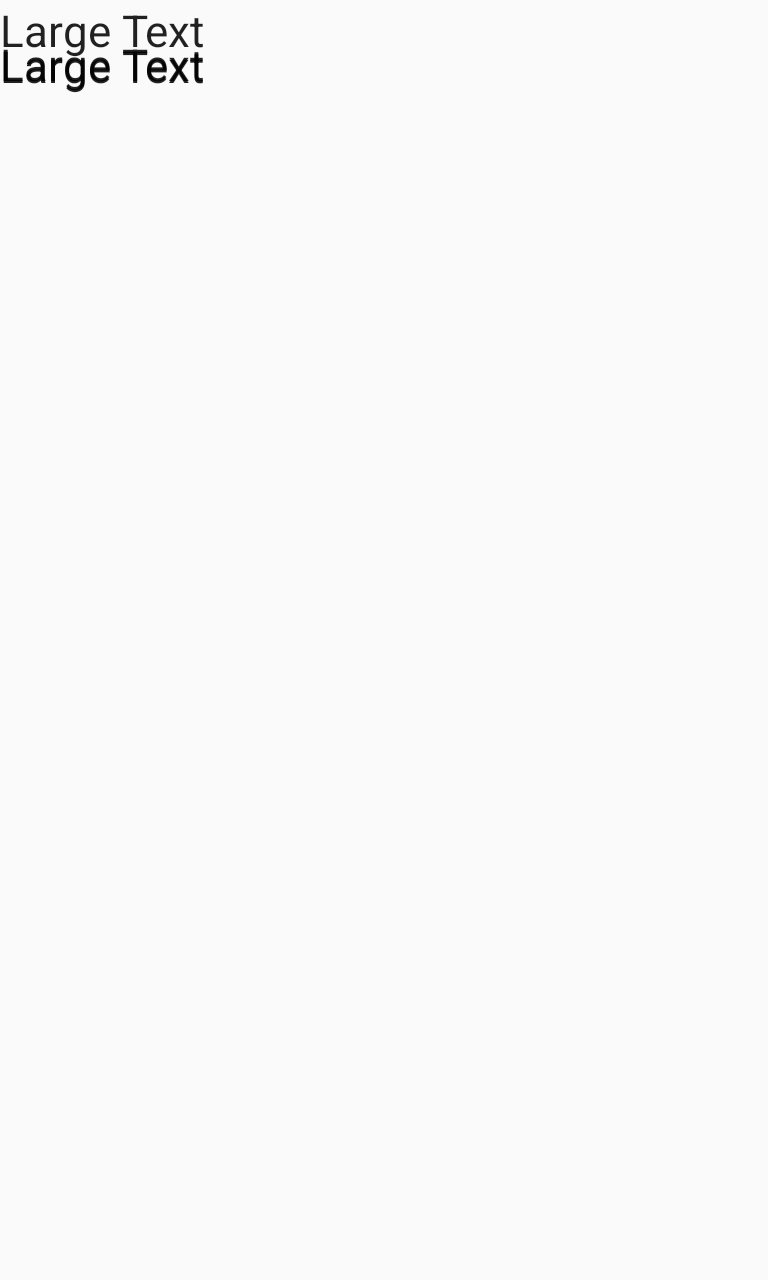
Repository: isitso/android_class
Layout: GPSDemo/res/layout/activity_main.xml
An editor plug-in stored every save of this project. The layout is shown before and after the next save, followed by the edit.
It is drawn on a 768 x 1280 px phone screen (xhdpi) without system bars, with theme AppTheme; the app's code is not run.

Above is the layout before, as saved 2014-04-29 17:52:16.

After the next save:
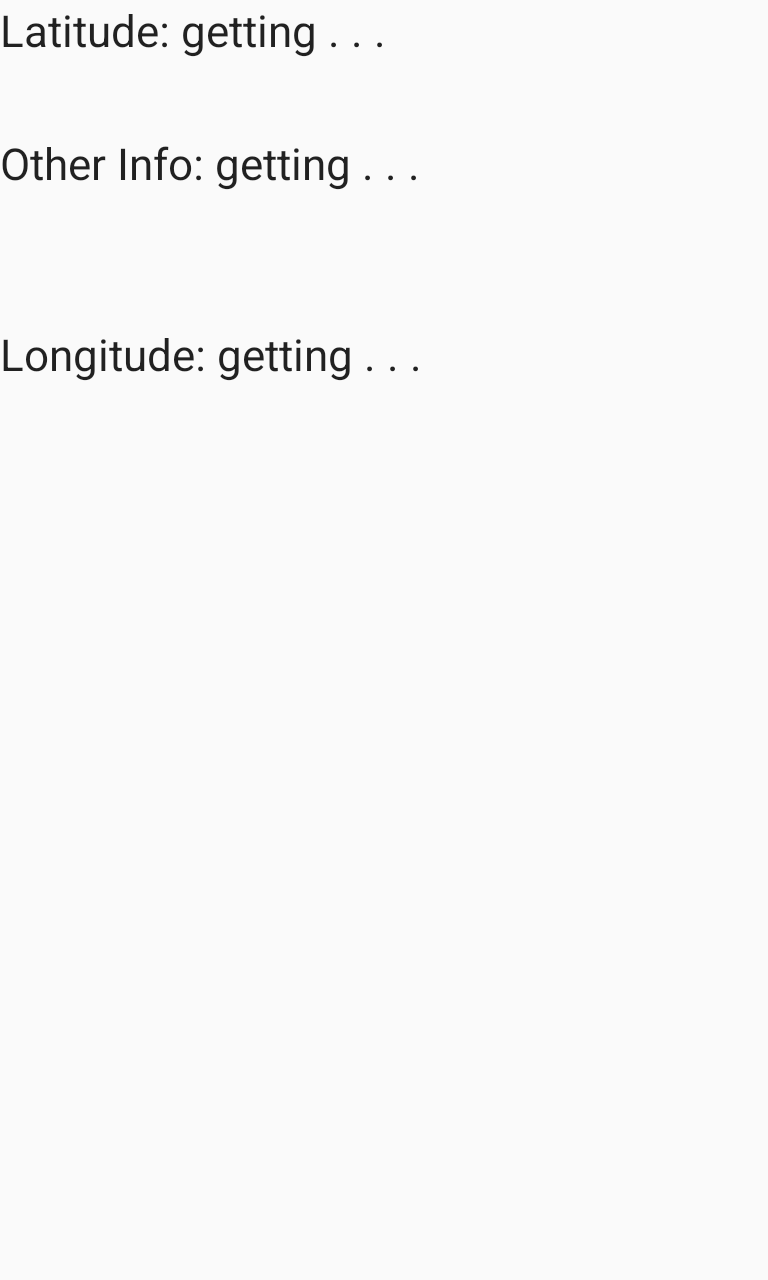
Saved 62 s later.
--- a/GPSDemo/res/layout/activity_main.xml
+++ b/GPSDemo/res/layout/activity_main.xml
@@ -8,7 +8,17 @@
         android:layout_height="wrap_content"
         android:layout_alignParentLeft="true"
         android:layout_alignParentTop="true"
-        android:text="Large Text"
+        android:text="Latitude: getting . . ."
+        android:textAppearance="?android:attr/textAppearanceLarge" />
+
+    <TextView
+        android:id="@+id/otherView"
+        android:layout_width="wrap_content"
+        android:layout_height="wrap_content"
+        android:layout_alignParentLeft="true"
+        android:layout_below="@+id/longView"
+        android:layout_marginTop="66dp"
+        android:text="Longitude: getting . . ."
         android:textAppearance="?android:attr/textAppearanceLarge" />
 
     <TextView
@@ -16,19 +26,9 @@
         android:layout_width="wrap_content"
         android:layout_height="wrap_content"
         android:layout_alignParentLeft="true"
-        android:layout_below="@+id/textView1"
-        android:layout_marginTop="17dp"
-        android:text="Large Text"
-        android:textAppearance="?android:attr/textAppearanceLarge" />
-
-    <TextView
-        android:id="@+id/otherView"
-        android:layout_width="wrap_content"
-        android:layout_height="wrap_content"
-        android:layout_alignParentLeft="true"
-        android:layout_below="@+id/textView2"
-        android:layout_marginTop="18dp"
-        android:text="Large Text"
+        android:layout_below="@+id/latView"
+        android:layout_marginTop="37dp"
+        android:text="Other Info: getting . . . "
         android:textAppearance="?android:attr/textAppearanceLarge" />
 
 </RelativeLayout>
